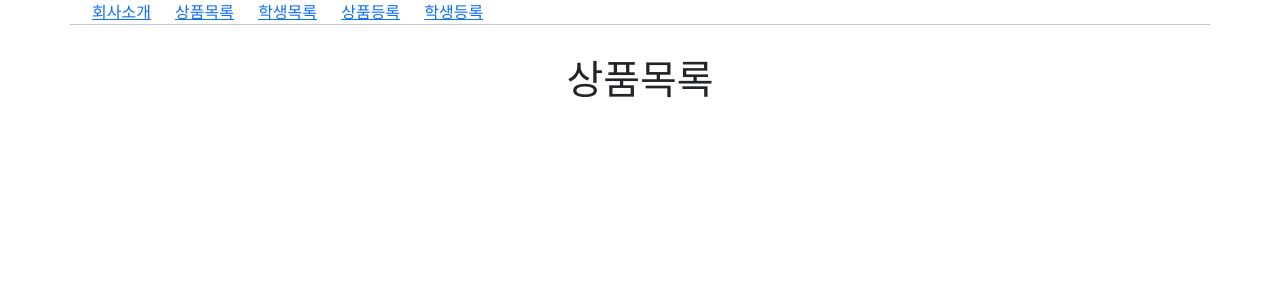
Repository: gwangso/web
Page: http://localhost/ex01/pro/list
These files come from the project's save history. The page is drawn as it stood at one moment and after the next save; the edit follows.
The browser window is 1280 px wide. The pictures show the whole page.
Some web fonts or font styles are not loaded; a fallback is used. The page is served by Tomcat 9. Other server files are loaded and not shown. Queries for data that is not in the repository find no rows.

Above is the page before, as saved 2023-07-24 07:37:04.

### ex01/src/main/webapp/home.jsp
<%@ page language="java" contentType="text/html; charset=UTF-8"
    pageEncoding="UTF-8"%>
<!DOCTYPE html>
<html>
	<head>
		<meta charset="UTF-8">
		<title>홈페이지</title>

		<!-- 부트스트랩 -->
		<!-- CSS only -->
		<link href="https://cdn.jsdelivr.net/npm/bootstrap@5.2.3/dist/css/bootstrap.min.css" rel="stylesheet" integrity="sha384-rbsA2VBKQhggwzxH7pPCaAqO46MgnOM80zW1RWuH61DGLwZJEdK2Kadq2F9CUG65" crossorigin="anonymous">
		<!-- JavaScript Bundle with Popper -->
		<script src="https://cdn.jsdelivr.net/npm/bootstrap@5.2.3/dist/js/bootstrap.bundle.min.js" integrity="sha384-kenU1KFdBIe4zVF0s0G1M5b4hcpxyD9F7jL+jjXkk+Q2h455rYXK/7HAuoJl+0I4" crossorigin="anonymous"></script>

		<style>
			@import url('https://fonts.googleapis.com/css2?family=Gugi&family=Jua&display=swap');
			h1 {
				font-family: 'Gugi', cursive;
			}
			table {
				font-family: 'Jua', sans-serif;
			}
			a {
				margin:10px;
			}
		</style>
	</head>
<body>
<div class="container">
	<div class="row">
		<div class="col">
			<div>
				<a href="/">회사소개</a>
				<a href="/pro/list">상품목록</a>
				<a href="/stu/list">학생목록</a>
				<a href="/pro/insert">상품등록</a>
				<a href="/stu/insert">학생등록</a>
			</div>
		</div>
		<hr>
		<div>
			<jsp:include page="${pageName}"/> <!-- jsp가 있으면 html로 하면 안된다. -->
		</div>
	</div>
</div>
</body>

</html>

### ex01/src/main/webapp/pro/list.jsp
<%@ page language="java" contentType="text/html; charset=UTF-8"
    pageEncoding="UTF-8"%>
<%@taglib prefix="c" uri="http://java.sun.com/jsp/jstl/core"%>
<%@taglib prefix="fmt" uri="http://java.sun.com/jsp/jstl/fmt"%>

<div class="row my-3">
	<div class="col">
		<h1 class="text-center mb-5">상품목록</h1>
		<table class="table table-warning table-striped ">
			<c:forEach items="${array}" var="vo">
			<!-- array에 있는 값을 하나씪 받아서 vo에 넣음 -->
				<tr>
					<td>${vo.pcode}</td>
					<td>${vo.pname}</td>
					<td>
						<fmt:formatNumber value="${vo.pprice}" pattern="#,###"/>원
					</td>
					<td>
						<fmt:formatDate value="${vo.pdate}" pattern="yyyy-MM-dd HH:mm:ss"/>
					</td>
				</tr>
			</c:forEach>
		</table>
	</div>
</div>

### ex01/src/main/java/controller/ProductController.java
package controller;

import java.io.IOException;

import javax.servlet.RequestDispatcher;
import javax.servlet.ServletException;
import javax.servlet.annotation.WebServlet;
import javax.servlet.http.HttpServlet;
import javax.servlet.http.HttpServletRequest;
import javax.servlet.http.HttpServletResponse;

import model.*;


@WebServlet(value={"/pro/list", "/pro/insert"})
public class ProductController extends HttpServlet {
	private static final long serialVersionUID = 1L;
	ProductDAO pdao = new ProductDAO();


    public ProductController() {
        super();
    }

	protected void doGet(HttpServletRequest request, HttpServletResponse response) throws ServletException, IOException {
		switch (request.getServletPath()) { //주소 정보 = request.
		case "/pro/list":
			request.setAttribute("array", pdao.list()); // array에 pdao.list()를 넣음
			request.setAttribute("pageName", "/pro/list.jsp"); //pageName에 /pro/list.jsp를 집어넣음
			break;
		case "/pro/insert":
			request.setAttribute("pageName", "/pro/insert.jsp");
			break;
		}
		RequestDispatcher dis = request.getRequestDispatcher("/home.jsp");
		dis.forward(request, response);
	}

	//form에서 메소드를 Post라 주었을 때만 작동
	protected void doPost(HttpServletRequest request, HttpServletResponse response) throws ServletException, IOException {

	}

}

### ex01/src/main/java/model/Database.java
package model;

import java.sql.*;

public class Database {
	public static Connection CON;
	static {
		try {
            Class.forName("com.mysql.jdbc.Driver");
            CON=DriverManager.getConnection("jdbc:mysql://localhost:3306/webdb", "web", "pass");
            System.out.println("접속성공");
	            System.out.println("접속성공");
		} catch (Exception e) {
			System.out.println("DB 연결 실패" + e.toString());
		}
	}
}

After the next save:
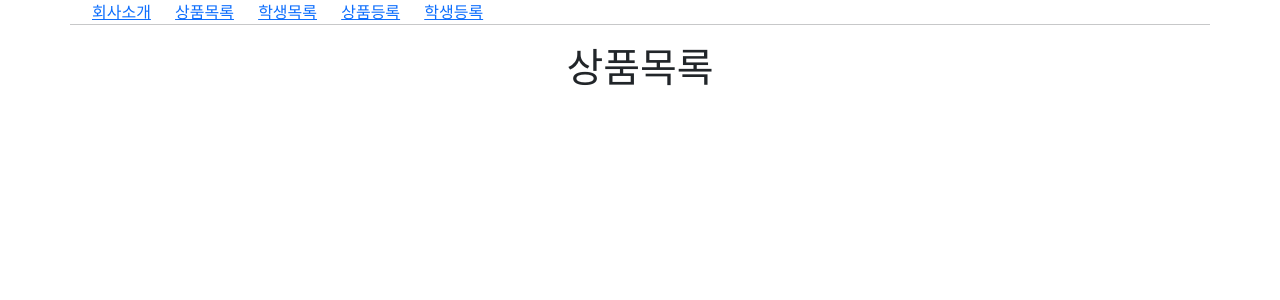
Saved 10 s later.
--- a/ex01/src/main/webapp/pro/list.jsp
+++ b/ex01/src/main/webapp/pro/list.jsp
@@ -3,7 +3,7 @@
 <%@taglib prefix="c" uri="http://java.sun.com/jsp/jstl/core"%>
 <%@taglib prefix="fmt" uri="http://java.sun.com/jsp/jstl/fmt"%>
 
-<div class="row my-3">
+<div class="row my-1">
 	<div class="col">
 		<h1 class="text-center mb-5">상품목록</h1>
 		<table class="table table-warning table-striped ">
